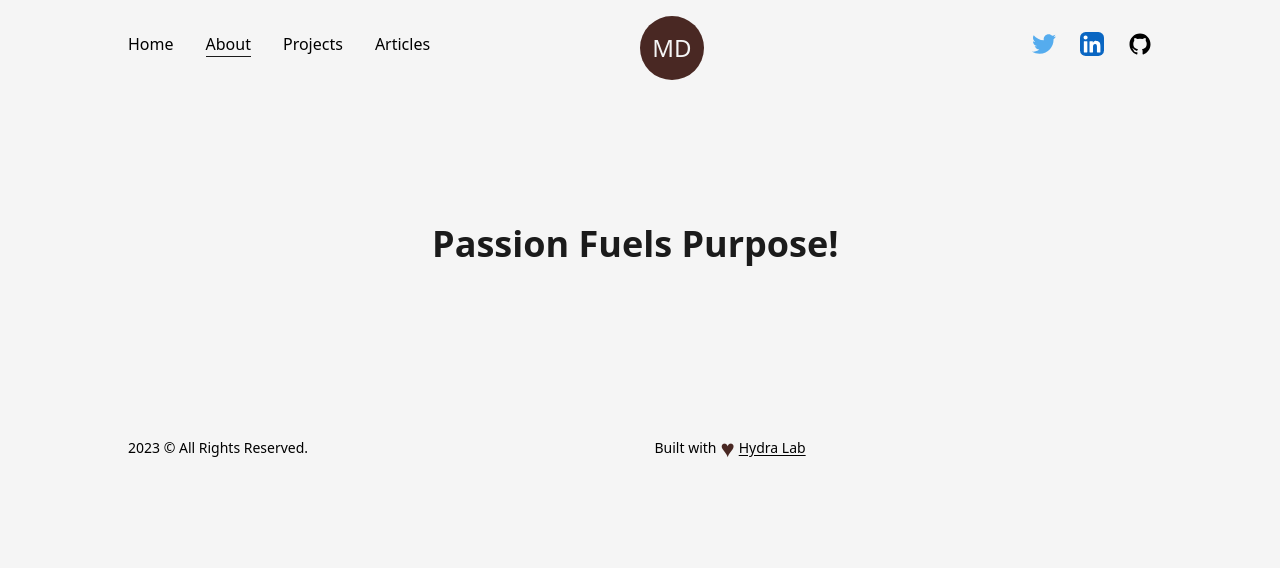
Repository: marcusdashe/situs
Page: /about
An editor plug-in stored every save of this project. The page is shown before and after the next save, followed by the edit.
The browser window is 1280 px wide. The pictures show the whole page.
The project was rebuilt for these pictures with package versions that can differ from the ones it lists, and the page was loaded fresh each time. The framework's server and built-in components were replaced by stand-ins that run in the browser.

Above is the page before, as saved 2023-06-29 13:28:36.

After the next save:
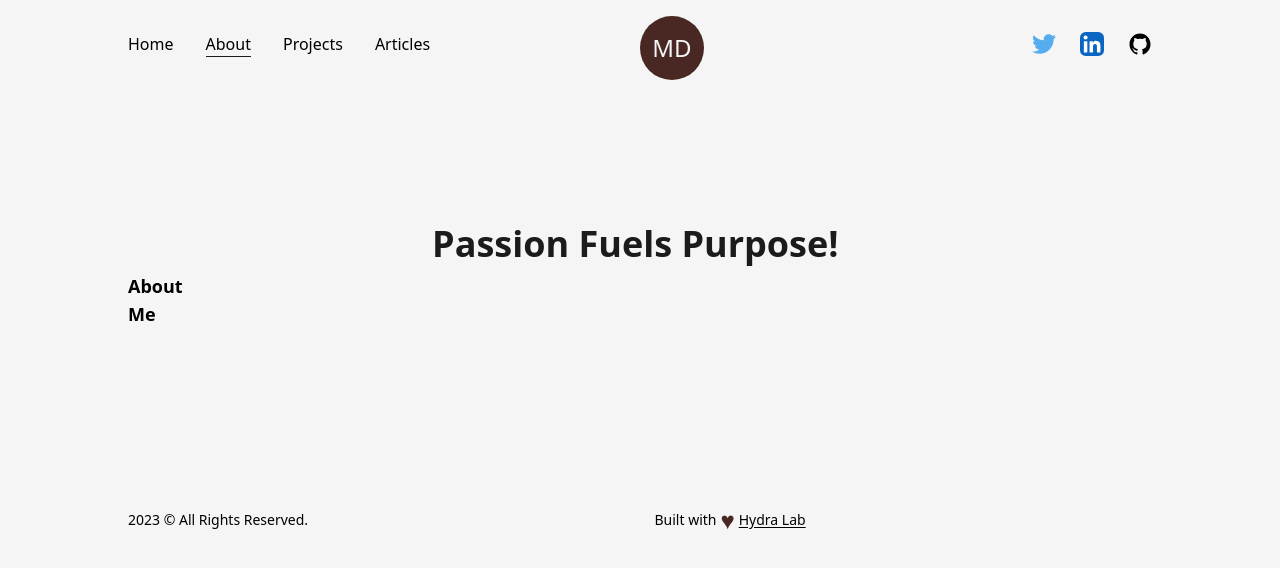
Saved 2 min 24 s later.
--- a/src/pages/about.js
+++ b/src/pages/about.js
@@ -14,6 +14,11 @@ const About = () => {
       <main className="flex w-full flex-col items-center justify-center">
         <Layout className="pt-15">
           <AnimatedText text="Passion Fuels Purpose!" />
+          <div className="grid w-full grid-cols-8 gap-16">
+            <div>
+              <h2 className="mb-4 text-lg font-bold upper">About Me</h2>
+            </div>
+          </div>
         </Layout>
       </main>
     </>
